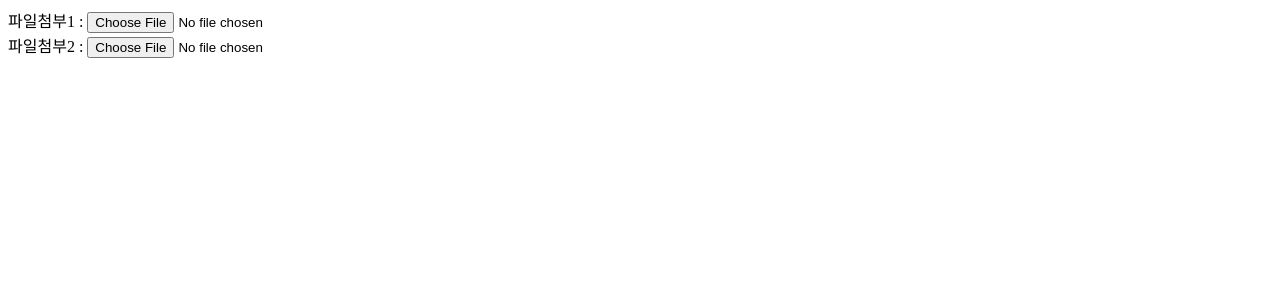
Repository: kimkeng/BackendClass
Page: web/src/main/webapp/file1.html
The author's editor kept a copy of each file at every save. The page is drawn from the files as they stood at one save, then again after the next save.
The browser window is 1280 px wide. The pictures show the whole page.

Above is the page before, as saved 2023-08-16 09:10:11.

### web/src/main/webapp/file1.html
<!DOCTYPE html>
<html>
<head>
<meta charset="UTF-8">
<title>파일업로드</title>
</head>
<body>
파일첨부1 : <input type="file"> <br>
파일첨부2 : <input type="file" accept="image/*"> <br>
</body>
</html>

After the next save:
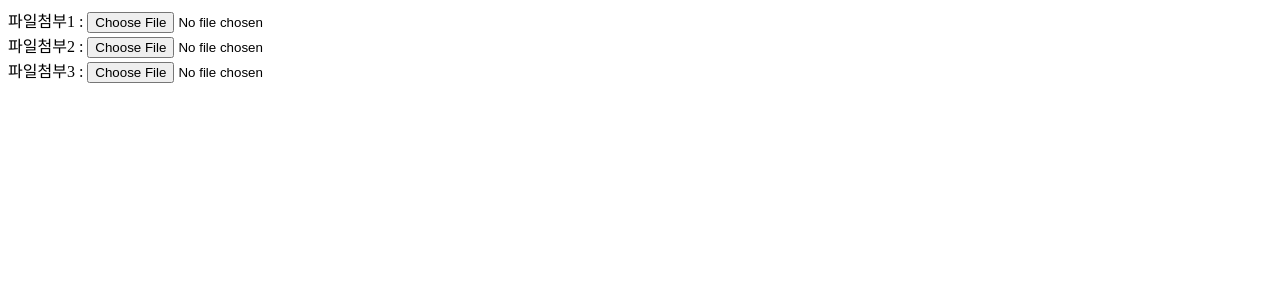
Saved 40 s later.
--- a/web/src/main/webapp/file1.html
+++ b/web/src/main/webapp/file1.html
@@ -7,5 +7,6 @@
 <body>
 파일첨부1 : <input type="file"> <br>
 파일첨부2 : <input type="file" accept="image/*"> <br>
+파일첨부3 : <input type="file" accept="video/*"> <br>
 </body>
 </html>
